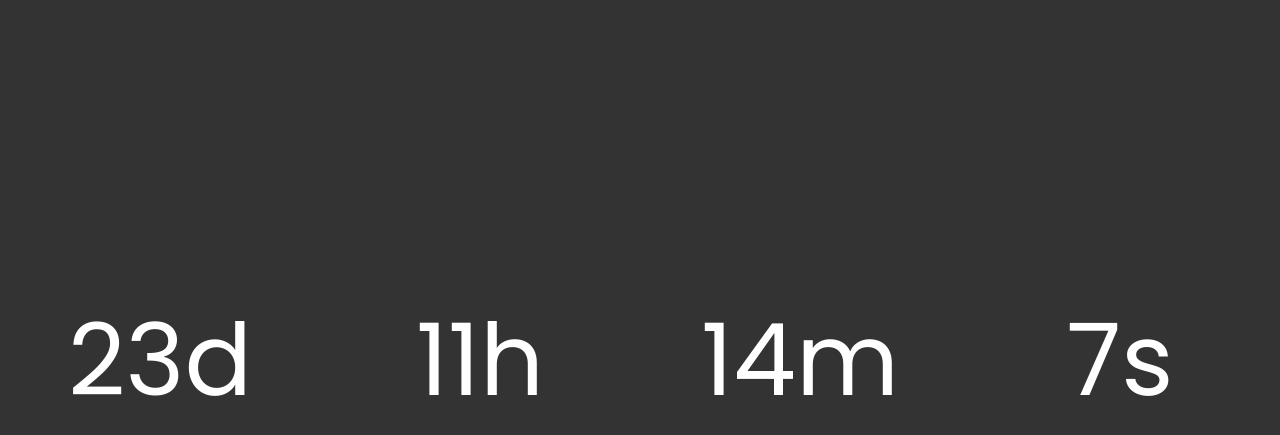
Repository: LeTanTru/All-Code
Page: Countdown/index.html
An editor plug-in stored every save of this project. The page is shown before and after a run of saves, followed by the edit.
The browser window is 1280 px wide. The pictures show the whole page.

Above is the page before, as saved 2023-01-04 22:20:53.

After the next 2 saves:
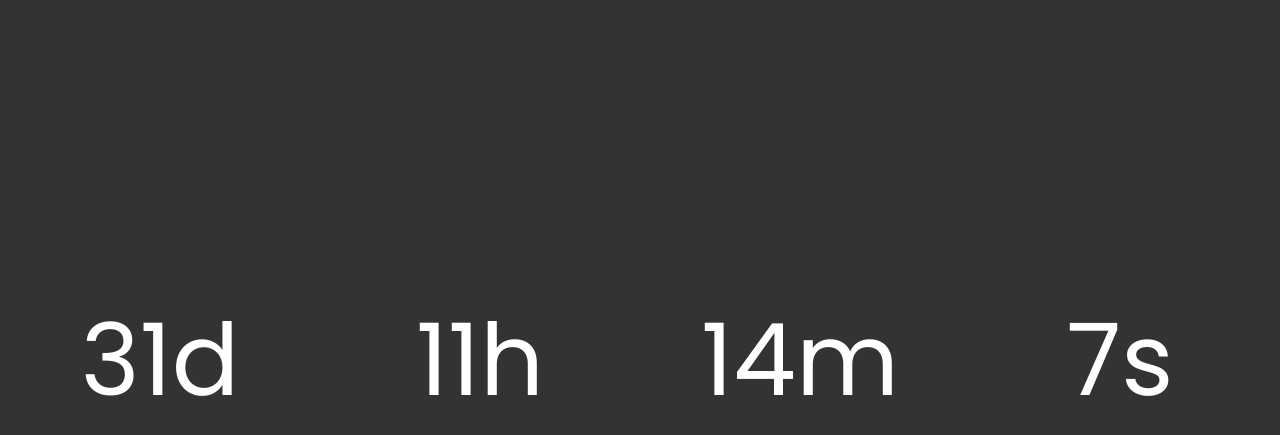
The 2 saves are shown as one change because they came seconds apart.
The last was saved 14 s later.
--- a/Countdown/countdown.js
+++ b/Countdown/countdown.js
@@ -4,7 +4,7 @@ const minutesEle = document.querySelector(".minutes");
 const secondsEle = document.querySelector(".seconds");
 
 const date = new Date();
-const dateEnd = new Date("1/1/2023");
+const dateEnd = new Date("1/30/2023");
 const difference = dateEnd.getTime() - date.getTime();
 const days = Math.floor(difference / (1000 * 86400));
 const hours = Math.floor(difference / (1000 * 3600) - days * 24);
@@ -21,7 +21,7 @@ secondsEle.innerText = seconds + "s";
 
 setInterval(() => {
   const date = new Date();
-  const dateEnd = new Date("1/22/2023");
+  const dateEnd = new Date("1/30/2023");
   const difference = dateEnd.getTime() - date.getTime();
   const days = Math.floor(difference / (1000 * 86400));
   const hours = Math.floor(difference / (1000 * 3600) - days * 24);
